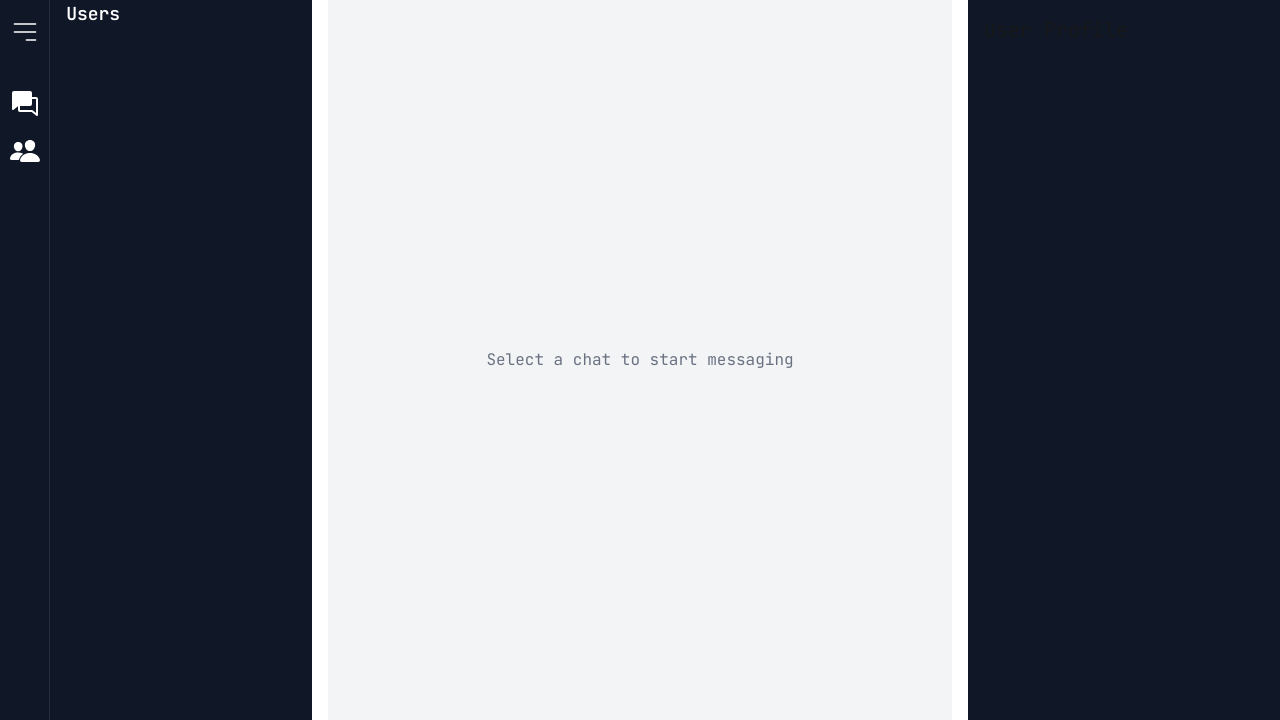
Repository: Sync-Decode/chat-app
Page: /
These files come from the project's save history. The page is drawn as it stood at one moment and after a run of saves; the edit follows.
The browser window is 1280 px wide. The pictures show the whole page.
The page's requests for data from a server got no answer. The project was rebuilt for these pictures with package versions that can differ from the ones it lists, and the page was loaded fresh each time. The framework's server and built-in components were replaced by stand-ins that run in the browser. No one was signed in, and anything a server would have sent is missing. Also part of the build but not shown: next.config.mjs, src/components/Menu.jsx, src/components/Chatview.jsx.

Above is the page before, as saved 2025-06-21 16:56:53.

### src/app/layout.js
import { JetBrains_Mono } from 'next/font/google'
import './globals.css'

const jetBrains = JetBrains_Mono({
  variable: '--font-JetBrains_Mono',
  subsets: ['latin'],
})

export const metadata = {
  title: 'Lisp Chat',
  description: 'Chat and connect with fellow tweeps',
}

export default function RootLayout({ children }) {
  return (
    <html lang="en">
      <body className={`${jetBrains.className}  antialiased flex flex-col justify-center items-center w-full h-svh`}>
        {children}
      </body>
    </html>
  )
}

### src/app/page.js
'use client'
import { useIsMobile } from '@/hooks/useIsMobile'
import { useIsTablet } from '@/hooks/useIsTablet'
import { useIsDesktop } from '@/hooks/useIsDesktop'
import { useViewStore } from '@/store/store'
import { useRouter } from 'next/navigation'
import Sidebar from '@/components/Sidebar'
import Chat from '@/components/Chat'
import Profile from '@/components/Profile'
import Loading from '@/components/Loading'
const Home = () => {
  const view = useViewStore((s) => s.view)
  const setView = useViewStore((s) => s.setView)
  const isMobile = useIsMobile()
  const isTablet = useIsTablet()
  const isDesktop = useIsDesktop()
  const router = useRouter()
  const sessionTest = true

  const renderHome = () => {
    if (!sessionTest) {
      router.push('/auth/signin')
      return
    }

    if (isMobile) {
      setView('sidebar')
      if (view === 'sidebar') return <Sidebar />
      if (view === 'chat') return <Chat />
      if (view === 'profile') return <Profile />
      return
    }

    if (isTablet) {
      setView('chat')
      return (
        <div className="w-screen max-w-screen-2xl h-svh flex gap-4 ">
          <div className="flex-1 w-full h-full">
            <Sidebar />
          </div>

          <div className="flex-2 w-full h-full">
            {view === 'chat' && <Chat />}
            {view === 'profile' && <Profile />}
          </div>
        </div>
      )
    }

    if (isDesktop) {
      return (
        <div className="w-screen max-w-screen-2xl h-svh flex gap-4 ">
          <div className="flex-1">
            <Sidebar />
          </div>

          <div className="flex-2">
            <Chat />
          </div>

          <div className="flex-1">
            <Profile />
          </div>
        </div>
      )
    }
    return <Loading />
  }
  return renderHome()
}

export default Home

### src/app/globals.css
@import 'tailwindcss';
@tailwind base;
@tailwind components;
@tailwind utilities;

:root {
  --background: #ffffff;
  --foreground: #171717;
}

@theme inline {
  --color-background: var(--background);
  --color-foreground: var(--foreground);
  --font-sans: var(--font-geist-sans);
  --font-mono: var(--font-geist-mono);
}

@media (prefers-color-scheme: dark) {
  :root {
    --background: #0a0a0a;
    --foreground: #ededed;
  }
}

* {
  box-sizing: border-box;
  margin: 0;
  scrollbar-width: 0;
}

*::-webkit-scrollbar{
  display: none
}



@layer base {
  p {
    @apply text-sm font-light;
  }

  h6 {
    @apply text-base;
  }

  h5 {
    @apply text-lg;
  }

  h4 {
    @apply text-xl;
  }
  h3 {
    @apply text-2xl font-light;
  }
  h2 {
    @apply text-3xl;
  }
  h1 {
    @apply text-4xl;
  }
}

body {
  background: var(--background);
  color: var(--foreground);
}

### src/hooks/useIsMobile.js
'use client'
import { useEffect, useState } from 'react'

export function useIsMobile() {
  const [isMobile, setIsMobile] = useState(false)

  useEffect(() => {
    const check = () => setIsMobile(window.innerWidth < 768)
    check()
    window.addEventListener('resize', check)
    return () => window.removeEventListener('resize', check)
  }, [])

  return isMobile
}

### src/hooks/useIsTablet.js
'use client'
import { useState, useEffect } from 'react'

export const useIsTablet = () => {
  const [isTablet, setIsTablet] = useState(false)
  useEffect(() => {
    const check = () =>
      setIsTablet(window.innerWidth > 768 && window.innerWidth < 1024)
    check()
    window.addEventListener('resize', check)
    return () => window.removeEventListener('resize', check)
  }, [])
  return isTablet
}

### src/hooks/useIsDesktop.js
"use client"
import { useState, useEffect } from 'react'

export const useIsDesktop = () => {
  const [isDesktop, setIsDesktop] = useState(false)
  useEffect(() => {
    const check = () => setIsDesktop(window.innerWidth > 1024)
    check()
    window.addEventListener('resize', check)
    return () => window.removeEventListener('resize', check)
  }, [])
  return isDesktop
}

### src/store/store.js
// store/viewStore.js
import { create } from 'zustand'
import supabase from '@/lib/supabase'

//view store
export const useViewStore = create((set) => ({
  view: 'sidebar', // 'sidebar' | 'chat' | 'profile'
  setView: (view) => set({ view: view }),
}))

// login view store
export const useLoginViewStore = create((set) => ({
  loginType: 'signin',
  setLoginType: (type) => set({ loginType: type }),
}))

//session store
export const useSession = create((set) => ({
  session: null,
  hasFetchedSession: false,

  fetchSession: async () => {
    const session = supabase.auth.getSession()

    if (session) {
      await supabase.from('users').upsert({
        user_id: data.session.user.id,
        email: data.session.user.email,
        username: data.session.user.user_metadata.name || '',
        avatar_url: data.session.user.user_metadata.avatar_url || '',
      })
    }

    set({ session: session, hasFetchedSession: true })

    return null
  },
}))

//menu store
export const useMenu = create((set) => ({
  isMenuHidden: true,
  setIsMenuHidden: () =>
    set((state) => ({
      isMenuHidden: !state.isMenuHidden,
    })),
}))

// signup store
export const useSignupInfo = create((set) => ({
  username: '',
  setUsername: (username) => set({ username }),
  email: '',
  setEmail: (email) => set({ email }),
  password: '',
  setPassword: (password) => set({ password }),
}))

// users store
export const useUsersStore = create((set) => ({
  users: [],
  error: null,
  currentUserID: null,

  fetchUsers: async () => {
    try {
      const session = supabase.auth.getSession()
      const currentUserID = session.data.session?.user?.id
      set({ currentUserID })

      if (!currentUserID) {
        throw new Error('Not authenticated')
      }

      const { data, error } = await supabase
        .from('users')
        .select('user_id, username, avatar_url, is_online, email')
        .neq('user_id', currentUserID)

      if (error) throw error

      set({ users: data })
      console.log('FetchedUsers', data)
    } catch (err) {
      set({ error: err.message || 'Error fetching users' })
      console.error('Error fetching users:', err.message)
    }
  },
}))

//chat store
export const useChatStore = create((set) => ({
  selectedChatId: null,
  otherUser: null,
  setOtherUser: (user) => set({ otherUser: user }),
  setSelectedChatId: (id) => set({ selectedChatId: id }),
  setSelectedChat: (chat) => set({ selectedChat: chat }),
  fetchChat: async (chatId) => {
    try {
      const { data, error } = await supabase
        .from('chats')
        .select('*')
        .eq('chat_id', chatId)
        .single()

      if (error) throw error

      set({ selectedChat: data })
      console.log('Fetched chat:', data)
    } catch (err) {
      console.error('Error fetching chat:', err.message)
    }
  },
}))

### src/components/Sidebar.jsx
import { useMenu, useViewStore } from '@/store/store'
import { useIsMobile } from '@/hooks/useIsMobile'
import { PiChatsFill } from 'react-icons/pi'
import { IoPeople } from 'react-icons/io5'
import Menu from './Menu'
import Hamburger from './Hamburger'
import UserList from './UserList'

export default function Sidebar() {
  const setView = useViewStore((s) => s.setView)
  const isMenuHidden = useMenu((s) => s.isMenuHidden)
  const setIsMenuHidden = useMenu((s) => s.setIsMenuHidden)
  const isMobile = useIsMobile((s) => s.isMobile)

  return (
    <div className="relative w-full h-full flex  bg-gray-900 text-white">
      <div className="flex-1 flex flex-col justify-start items-center gap-8 py-4 border-r border-gray-500/25">
        <div onClick={() => setIsMenuHidden((prev) => !prev)}>
          <Hamburger />
        </div>

        <div className="flex flex-col gap-4">
          <PiChatsFill size={32} />

          <IoPeople size={32} />
        </div>

        <div />
      </div>

      <div className="relative flex-5 h-full pl-4 overflow-y-auto">
        <div className="sticky top-0 flex items-center justify-between">
          <h3 className="text-lg font-semibold">Users</h3>
        </div>
        {!isMenuHidden && <Menu />}
        <UserList />
      </div>
    </div>
  )
}

### src/components/Chat.jsx
// components/Chat.js

import { useViewStore } from '@/store/store'
import { useIsMobile } from '@/hooks/useIsMobile'
import { useIsDesktop } from '@/hooks/useIsDesktop'
import { useChatStore } from '@/store/store'
import ChatView from './Chatview'
import { useEffect } from 'react'

const Chat = () => {
  //Chat panel component
  // This component serves as the main chat interface, displaying the selected chat and providing navigation options

  const selectedChatId = useChatStore((s) => s.selectedChatId)

  return (
    <div className="relative w-full h-full flex flex-col bg-gray-800 overflow-scroll ">
      <div className="relative flex-1 w-full max-h-full flex flex-col bg-gray-100">

        {selectedChatId ? (
          <ChatView chatId={selectedChatId} />
        ) : (
          <div className="flex items-center justify-center h-full text-gray-500">
            Select a chat to start messaging
          </div>
        )}
      </div>
    </div>
  )
}
export default Chat

### src/components/Profile.jsx
// components/Profile.js

import { useViewStore } from '@/store/store'
import { useIsDesktop } from '@/hooks/useIsDesktop'

export default function Profile() {
  const setView = useViewStore((s) => s.setView)
  const isDesktop = useIsDesktop()

  return (
    <div className="w-full h-full  p-4 bg-gray-900 border-0">
      <h3 className="text-xl mb-4">User Profile</h3>
      {!isDesktop && (
        <button
          onClick={() => setView('chat')}
          className="bg-yellow-600 px-4 py-2 rounded"
        >
          Back to Chat
        </button>
      )}
    </div>
  )
}

### src/components/Loading.jsx
import React from 'react'

const Loading = () => {
  return <div className="fixed top-0 left-0 w-full h-full flex flex-col justify-center items-center"><p>Loading...</p></div>
}

export default Loading

### src/lib/supabase.js
import { createClient } from '@supabase/supabase-js'

const supabaseUrl = process.env.NEXT_PUBLIC_SUPABASE_URL
const supabaseAnonKey = process.env.NEXT_PUBLIC_SUPABASE_ANON_KEY
const supabase = createClient(supabaseUrl, supabaseAnonKey)
export default supabase

### src/components/Hamburger.jsx
import { useMenu } from '@/store/store'
const Hamburger = () => {
  const isMenuHidden = useMenu((s) => s.isMenuHidden)
  return (
    <div>
      <button className="rounded-md focus:outline-none   select-none ">
        {isMenuHidden ? (
          <svg
            className="h-8 w-8 text-white"
            xmlns="http://www.w3.org/2000/svg"
            fill="none"
            viewBox="0 0 24 24"
            stroke="currentColor"
          >
            <path
              strokeLinecap="round"
              strokeLinejoin="round"
              strokeWidth={1}
              d="M4 6h16M4 12h16m-7 6h7"
            />
          </svg>
        ) : (
          <svg
            xmlns="http://www.w3.org/2000/svg"
            className="h-8 w-8 text-white"
            fill="none"
            viewBox="0 0 24 24"
            stroke="currentColor"
            strokeWidth={2}
          >
            <path
              strokeLinecap="round"
              strokeLinejoin="round"
              d="M6 18L18 6M6 6l12 12"
            />
          </svg>
        )}
      </button>
    </div>
  )
}

export default Hamburger

### src/components/UserList.jsx
import { useUsersStore } from '@/store/store'
import { IoChatbubbleEllipsesOutline } from 'react-icons/io5'
import { useEffect } from 'react'
import supabase from '@/lib/supabase'
import { useChatStore, useViewStore } from '@/store/store'

export default function UserList() {
  const setView = useViewStore((s) => s.setView)
  const users = useUsersStore((s) => s.users)
  const fetchUsers = useUsersStore((s) => s.fetchUsers)
  const setSelectedChatId = useChatStore((s) => s.setSelectedChatId)
  const setOtherUser = useChatStore((s) => s.setOtherUser)

  useEffect(() => {
    fetchUsers()
    console.log('Users :', users)
  }, [])

  useEffect(() => {
    console.log('Users fetched:', users)
  }, [users])

  const fetchMessages = async (chatId) => {
    const { data, error } = await supabase
      .from('messages')
      .select('message_id, sender_id, content, created_at, edited_at')
      .eq('chat_id', chatId)
      .order('created_at', { ascending: true })

    if (error) {
      console.error('Error fetching messages:', error.message)
      return []
    }

    return data
  }

  const handleUpsertChat = async (otherUser) => {
    const currentUserId = useUsersStore.getState().currentUserID

    if (!currentUserId || !otherUser.user_id) return

    // Step 1: Check if a chat exists with exactly these 2 members
    const { data: existingChats, error: chatFetchError } = await supabase
      .from('chat_members')
      .select('chat_id')
      .in('user_id', [currentUserId, otherUser.user_id])

    if (chatFetchError) {
      console.error('Failed to fetch chat memberships', chatFetchError)
      return null
    }

    const chatCount = existingChats.reduce((acc, curr) => {
      acc[curr.chat_id] = (acc[curr.chat_id] || 0) + 1
      return acc
    }, {})

    const existingChatId = Object.entries(chatCount).find(
      ([, count]) => count === 2
    )?.[0]

    if (existingChatId) {
      setSelectedChatId(existingChatId)
      const { data: chat } = await supabase
        .from('chats')
        .select('*')
        .eq('chat_id', existingChatId)
        .single()

      return chat
    }

    // Step 2: Create new chat
    const { data: newChat, error: createError } = await supabase
      .from('chats')
      .insert({
        type: 'dm',
        created_by: currentUserId,
      })
      .select()
      .single()

    if (createError) {
      console.error('Failed to create chat', createError)
      return null
    }

    // Step 3: Add both users to chat_members
    const { error: memberInsertError } = await supabase
      .from('chat_members')
      .insert([
        {
          chat_id: newChat.chat_id,
          user_id: currentUserId,
          role: 'admin',
        },
        {
          chat_id: newChat.chat_id,
          user_id: otherUser.user_id,
          role: 'member',
        },
      ])

    if (memberInsertError) {
      console.error('Failed to add members', memberInsertError)
      return null
    }

    return newChat
  }

  return (
    <div className="w-full h-full overflow-y-auto">
      {users.map((user) => (
        <div
          key={user.user_id}
          className="p-2 border-b  border-b-slate-700 hover:bg-gray-800"
          onClick={async () => {
            handleUpsertChat(user)
            console.log('Selected user:', user)
            setOtherUser(user)
            setView('chat')
          }}
        >
          <div className="flex p-4 items-center gap-4  cursor-pointer ">
            {user.avatar_url?.trim() ? (
              <img src={user.avatar_url} className="w-8 h-8 rounded-full" />
            ) : (
              <img
                src="/fallback-avatar.png"
                className="w-8 h-8 rounded-full"
              />
            )}

            <span>{user.username || user.email}</span>
            {user.is_online && (
              <span className="text-green-500 text-xs ml-2">● Online</span>
            )}
            <div className="self-end" onClick={() => handleUpsertChat(user)}>
              <IoChatbubbleEllipsesOutline width={32} height={32} />
            </div>
          </div>
        </div>
      ))}
    </div>
  )
}

After the next 2 saves:
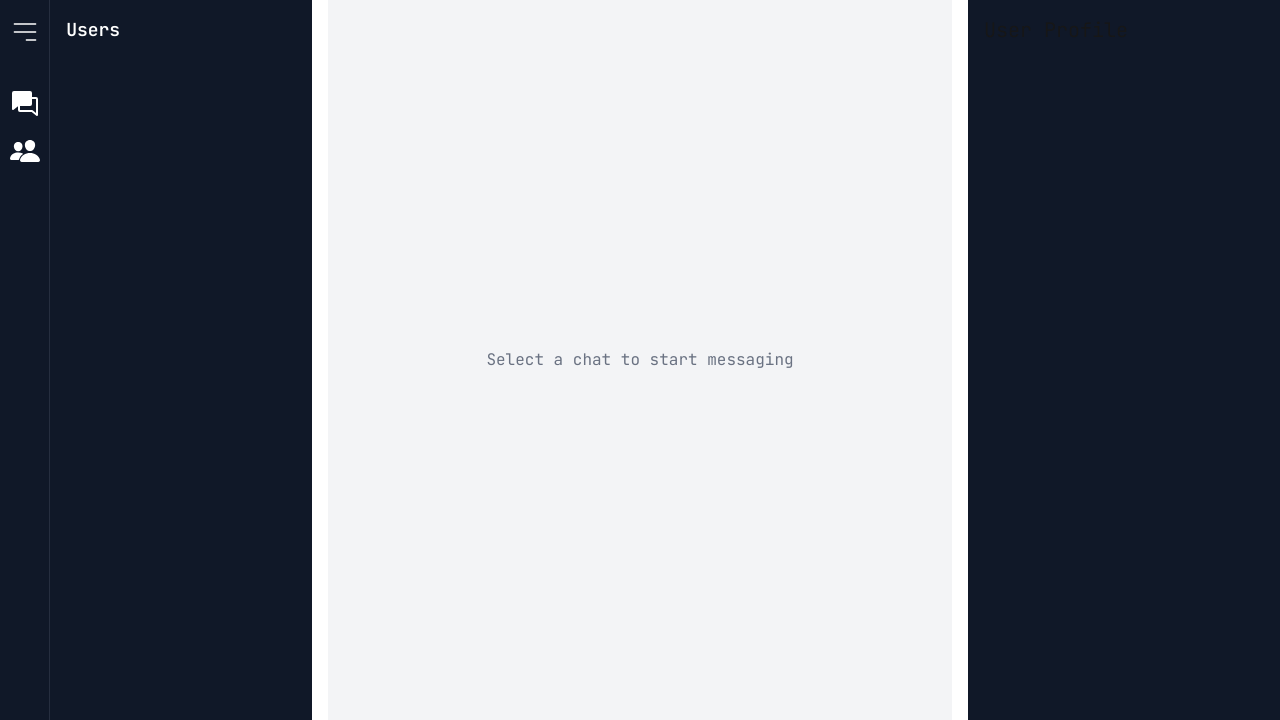
The 2 saves are shown as one change because they came seconds apart.
The last was saved 15 s later.
--- a/src/components/Sidebar.jsx
+++ b/src/components/Sidebar.jsx
@@ -28,7 +28,7 @@ export default function Sidebar() {
         <div />
       </div>
 
-      <div className="relative flex-5 h-full pl-4 overflow-y-auto">
+      <div className="relative flex-5 h-full py-4 pl-4 overflow-y-auto">
         <div className="sticky top-0 flex items-center justify-between">
           <h3 className="text-lg font-semibold">Users</h3>
         </div>
